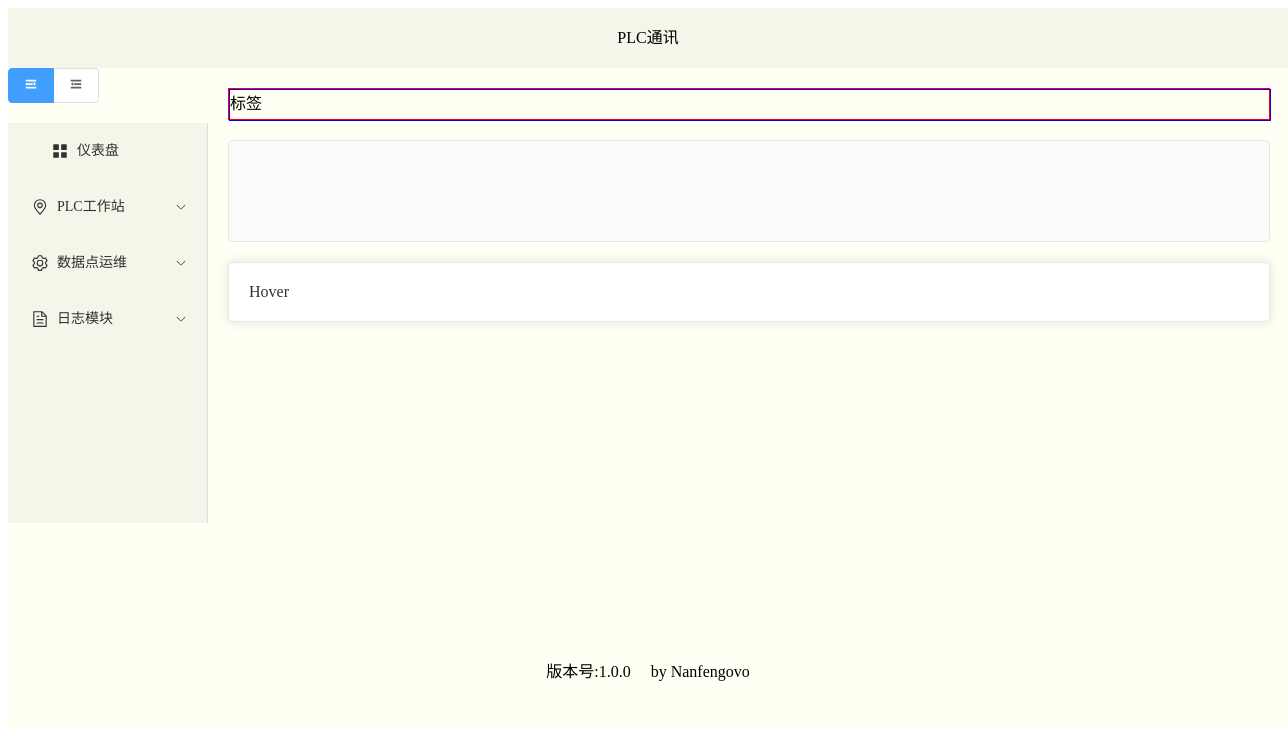
Repository: nanfengovo/HelperWorkStation
Page: /#/frameWork/PLCWorkstation/S7 (app in HelperWorkStation/plchelper-ui/)
These files come from the project's save history. The page is drawn as it stood at one moment and after the next save; the edit follows.
The browser window is 1280 px wide. The page is 1288 px wide, so the pictures cover 1288 px, including what lies to the right of the window. The pictures show the whole page.
The project was rebuilt for these pictures with package versions that can differ from the ones it lists, and the page was loaded fresh each time. Also part of the build but not shown: HelperWorkStation/plchelper-ui/vite.config.ts, HelperWorkStation/plchelper-ui/src/views/Login/index.vue.

Above is the page before, as saved 2024-12-27 13:41:01.

After the next save:
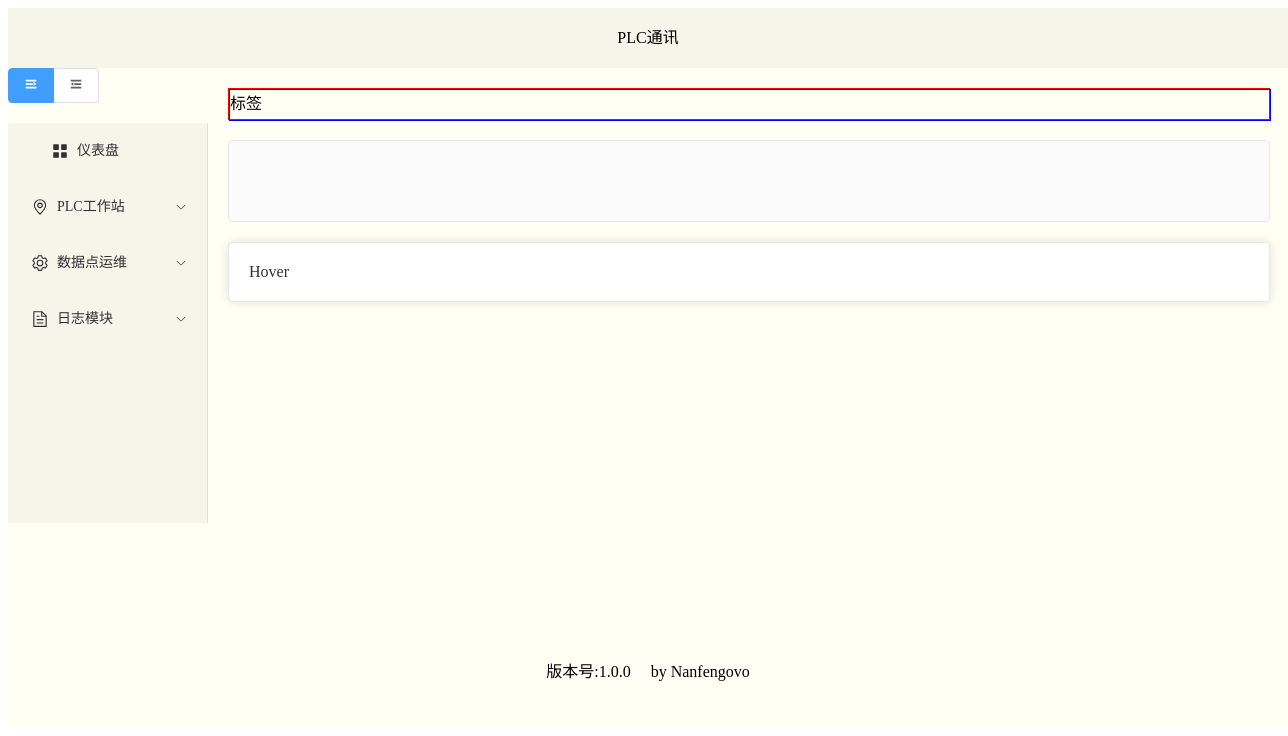
Saved 11 s later.
--- a/HelperWorkStation/plchelper-ui/src/views/FrameWork/layout/PLCWorkstation/S7/index.vue
+++ b/HelperWorkStation/plchelper-ui/src/views/FrameWork/layout/PLCWorkstation/S7/index.vue
@@ -14,7 +14,7 @@
 <style scoped>
 .card-top {
     width: 100%;
-    height: 100px;
+    height: 80px;
     margin-top: 20px;
     margin-bottom: 20px;
     background-color: #fbfbfb;
